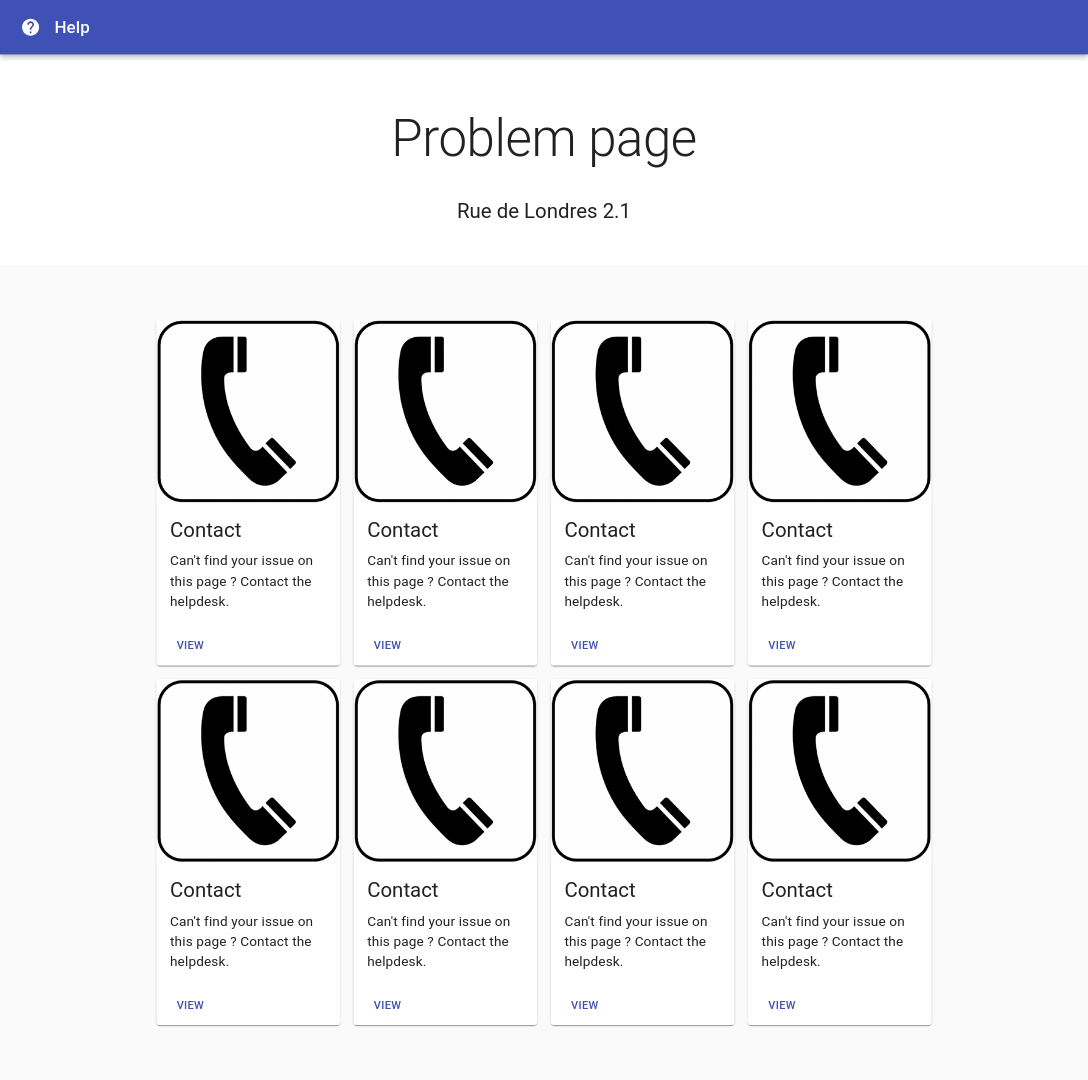
Repository: sapbrussels/intelligenthighway_webapp
Page: /Problempage (app in router/)
These files come from the project's save history. The page is drawn as it stood at one moment and after the next save; the edit follows.
The browser window is 1280 px wide. The pictures show the whole page, at 85% of full size.
The project was rebuilt for these pictures with package versions that can differ from the ones it lists, and the page was loaded fresh each time. Also part of the build but not shown: router/src/App.css, router/src/Login.js, router/src/Title.js, router/src/Maps.js, router/src/Jobspage.js, router/src/Direction.js, router/src/Maintenance.js, router/src/Help.js.

Above is the page before, as saved 2020-03-31 13:54:01.

### router/src/App.js
import React from 'react';
import {BrowserRouter, Route, Switch} from "react-router-dom";
import './App.css';
import Login from './Login';
import Jobspage from'./Jobspage';
import Maintenance from './Maintenance';
import Help from './Help';
import Problempage from './Problempage';

function App() {
  return (
    <BrowserRouter>
    <Switch>
     <Route path='/' exact component={Login}/>
     <Route path='/Jobspage' exact component={Jobspage}/>
     <Route path='/Maintenance' exact component={Maintenance}/>
     <Route path='/Help' exact component={Help}/>
     <Route path='/Problempage' exact component={Problempage}/>
     </Switch>
    </BrowserRouter>

  );
}

export default App;

### router/src/Problempage.js
import React from 'react';
import AppBar from '@material-ui/core/AppBar';
import Button from '@material-ui/core/Button';
import HelpIcon from '@material-ui/icons/Help';
import Card from '@material-ui/core/Card';
import { Link } from "react-router-dom";
import CardActions from '@material-ui/core/CardActions';
import CardContent from '@material-ui/core/CardContent';
import CardMedia from '@material-ui/core/CardMedia';
import CssBaseline from '@material-ui/core/CssBaseline';
import Grid from '@material-ui/core/Grid';
import Toolbar from '@material-ui/core/Toolbar';
import Typography from '@material-ui/core/Typography';
import { makeStyles } from '@material-ui/core/styles';
import Container from '@material-ui/core/Container';



const useStyles = makeStyles((theme) => ({
  icon: {
    marginRight: theme.spacing(2),
  },
  heroContent: {
    backgroundColor: theme.palette.background.paper,
    padding: theme.spacing(8, 0, 6),
  },
  heroButtons: {
    marginTop: theme.spacing(4),
  },
  cardGrid: {
    paddingTop: theme.spacing(8),
    paddingBottom: theme.spacing(8),
  },
  card: {
    height: '100%',
    display: 'flex',
    flexDirection: 'column',

  },
  cardMedia: {
    paddingTop: '100%', // 16:9
  },
  cardContent: {
    flexGrow: 1,
  },
  footer: {
    backgroundColor: theme.palette.background.paper,
    padding: theme.spacing(6),
  },
}));



export default function Album() {
  const classes = useStyles();

  return (
    <React.Fragment>
      <CssBaseline />
      <AppBar position="relative">
        <Toolbar>
          <HelpIcon className={classes.icon} />
          <Typography variant="h6" color="inherit" noWrap>
            Help
          </Typography>
        </Toolbar>
      </AppBar>
      <main>
        {/* Hero unit */}
        <div className={classes.heroContent}>
          <Container maxWidth="sm">
            <Typography component="h1" variant="h2" align="center" color="textPrimary" gutterBottom>
              Problem page
            </Typography>
            <div className={classes.heroButtons}>
              <Grid container spacing={2} justify="center">
                <Grid item>
                <Typography variant="h5">
                 Rue de Londres 2.1
                </Typography>
                </Grid>
              </Grid>
            </div>
          </Container>
        </div>
        <Container className={classes.cardGrid} maxWidth="md">
          {/* End hero unit */}
            <Grid container spacing={2}>
            <Grid item xs={4}sm={3} >
                <Card className={classes.card}>
                  <CardMedia
                    className={classes.cardMedia}
                    image="contact.png"
                    title="Image title"
                  />
                  <CardContent className={classes.cardContent}>
                    <Typography gutterBottom variant="h5" component="h2">
                      Contact
                    </Typography>
                    <Typography>
                      Can't find your issue on this page ? Contact the helpdesk.
                    </Typography>
                  </CardContent>
                  <CardActions>
                    <Button size="small" color="primary">
                      View
                    </Button>
                  </CardActions>
                </Card>
              </Grid>
              <Grid item xs={4}sm={3} >
                <Card className={classes.card}>
                  <CardMedia
                    className={classes.cardMedia}
                    image="contact.png"
                    title="Image title"
                  />
                  <CardContent className={classes.cardContent}>
                    <Typography gutterBottom variant="h5" component="h2">
                      Contact
                    </Typography>
                    <Typography>
                      Can't find your issue on this page ? Contact the helpdesk.
                    </Typography>
                  </CardContent>
                  <CardActions>
                    <Button size="small" color="primary">
                      View
                    </Button>
                  </CardActions>
                </Card>
              </Grid>
              <Grid item xs={4}sm={3} >
                <Card className={classes.card}>
                  <CardMedia
                    className={classes.cardMedia}
                    image="contact.png"
                    title="Image title"
                  />
                  <CardContent className={classes.cardContent}>
                    <Typography gutterBottom variant="h5" component="h2">
                      Contact
                    </Typography>
                    <Typography>
                      Can't find your issue on this page ? Contact the helpdesk.
                    </Typography>
                  </CardContent>
                  <CardActions>
                    <Button size="small" color="primary">
                      View
                    </Button>
                  </CardActions>
                </Card>
              </Grid>
              <Grid item xs={4}sm={3} >
                <Card className={classes.card}>
                  <CardMedia
                    className={classes.cardMedia}
                    image="contact.png"
                    title="Image title"
                  />
                  <CardContent className={classes.cardContent}>
                    <Typography gutterBottom variant="h5" component="h2">
                      Contact
                    </Typography>
                    <Typography>
                      Can't find your issue on this page ? Contact the helpdesk.
                    </Typography>
                  </CardContent>
                  <CardActions>
                    <Button size="small" color="primary">
                      View
                    </Button>
                  </CardActions>
                </Card>
              </Grid>
              <Grid item xs={4}sm={3} >
                <Card className={classes.card}>
                  <CardMedia
                    className={classes.cardMedia}
                    image="contact.png"
                    title="Image title"
                  />
                  <CardContent className={classes.cardContent}>
                    <Typography gutterBottom variant="h5" component="h2">
                      Contact
                    </Typography>
                    <Typography>
                      Can't find your issue on this page ? Contact the helpdesk.
                    </Typography>
                  </CardContent>
                  <CardActions>
                    <Button size="small" color="primary">
                      View
                    </Button>
                  </CardActions>
                </Card>
              </Grid>

              <Grid item xs={4}sm={3} >
                <Card className={classes.card}>
                  <CardMedia
                    className={classes.cardMedia}
                    image="contact.png"
                    title="Image title"
                  />
                  <CardContent className={classes.cardContent}>
                    <Typography gutterBottom variant="h5" component="h2">
                      Contact
                    </Typography>
                    <Typography>
                      Can't find your issue on this page ? Contact the helpdesk.
                    </Typography>
                  </CardContent>
                  <CardActions>
                    <Button size="small" color="primary">
                      View
                    </Button>
                  </CardActions>
                </Card>
              </Grid>
              <Grid item xs={4}sm={3} >
                <Card className={classes.card}>
                  <CardMedia
                    className={classes.cardMedia}
                    image="contact.png"
                    title="Image title"
                  />
                  <CardContent className={classes.cardContent}>
                    <Typography gutterBottom variant="h5" component="h2">
                      Contact
                    </Typography>
                    <Typography>
                      Can't find your issue on this page ? Contact the helpdesk.
                    </Typography>
                  </CardContent>
                  <CardActions>
                    <Button size="small" color="primary">
                      View
                    </Button>
                  </CardActions>
                </Card>
              </Grid>
              <Grid item xs={4}sm={3} >
                <Card className={classes.card}>
                  <CardMedia
                    className={classes.cardMedia}
                    image="contact.png"
                    title="Image title"
                  />
                  <CardContent className={classes.cardContent}>
                    <Typography gutterBottom variant="h5" component="h2">
                      Contact
                    </Typography>
                    <Typography>
                      Can't find your issue on this page ? Contact the helpdesk.
                    </Typography>
                  </CardContent>
                  <CardActions>
                    <Button size="small" color="primary">
                      View
                    </Button>
                  </CardActions>
                </Card>
              </Grid>
            </Grid>
          </Container>
      </main>
    </React.Fragment>
  );
}

### router/src/listItems.js
import React from 'react';
import ListItem from '@material-ui/core/ListItem';
import ListItemIcon from '@material-ui/core/ListItemIcon';
import ListItemText from '@material-ui/core/ListItemText';
import DashboardIcon from '@material-ui/icons/Dashboard';
import ShoppingCartIcon from '@material-ui/icons/ShoppingCart';
import PeopleIcon from '@material-ui/icons/People';
import { Link } from "react-router-dom";

export const mainListItems = (
  <div>
        <ListItem >
          <ListItemIcon>
            <DashboardIcon />
          </ListItemIcon>
          <ListItemText  primary="jobs page" />
        </ListItem>
      <Link to='/Maintenance'>
          <ListItem button>
          <ListItemIcon>
            <ShoppingCartIcon />
          </ListItemIcon>
          <ListItemText primary="History" />
        </ListItem></Link>
      <Link to='/Help'>
          <ListItem button>
          <ListItemIcon>
            <PeopleIcon />
          </ListItemIcon>
          <ListItemText primary="help" />
        </ListItem></Link>
  </div>
);

### router/src/LightStatus.js
import React from 'react';
import Link from '@material-ui/core/Link';
import { makeStyles } from '@material-ui/core/styles';
import Table from '@material-ui/core/Table';
import TableBody from '@material-ui/core/TableBody';
import TableCell from '@material-ui/core/TableCell';
import TableHead from '@material-ui/core/TableHead';
import TableRow from '@material-ui/core/TableRow';
import Rectangle from 'react-rectangle';
import Title from './Title';



// Generate Order Data
function createData(id, street_light, status,light) {
  return { street_light, status, light};
}

const rows = [
  createData(0, 'Boulevard Avroy 1.9', 'ON', <Rectangle aspectRatio={[3,3]}>
  <div style={{ background: '#008000',  width: '40%', height: '40%' }} />
</Rectangle>),
  createData(1, 'Rue de Londres 2.1', 'OFF',<Rectangle aspectRatio={[3,3]}>
  <div style={{ background: '#FFFFFF', width: '40%', height: '40%' }} />
</Rectangle>),
  createData(2, 'Rue de Londres 2.3', 'X',<Rectangle aspectRatio={[3,3]}>
  <div style={{ background: '#FF0000', width: '40%', height: '40%' }} />
</Rectangle>),
];

function preventDefault(event) {
  event.preventDefault();
}

const useStyles = makeStyles((theme) => ({
  seeMore: {
    marginTop: theme.spacing(3),
    padding: '20px',
    borderRadius:'10px',
  },
}));

export default function LightStatus() {
  const classes = useStyles();
  return (
    <React.Fragment>
      <Title>Light status</Title>
      <Table size="small">
        <TableHead>
          <TableRow>
            <TableCell>street light</TableCell>
            <TableCell>status</TableCell>
            <TableCell></TableCell>
          </TableRow>
        </TableHead>
        <TableBody>
          {rows.map((row) => (
            <TableRow key={row.id}>
              <TableCell>{row.street_light}</TableCell>
              <TableCell> {row.status}</TableCell>
              <TableCell> {row.light}</TableCell>
            </TableRow>
          ))}
        </TableBody>
      </Table>
      <div className={classes.seeMore}>
        <Link color="primary" href="#" onClick={preventDefault}>
          See more lights
        </Link>
      </div>
    </React.Fragment>
  );
}

### router/src/Jobslist.js
import React from 'react';
import {Link} from 'react-router-dom';
import { makeStyles } from '@material-ui/core/styles';
import Table from '@material-ui/core/Table';
import TableBody from '@material-ui/core/TableBody';
import TableCell from '@material-ui/core/TableCell';
import TableHead from '@material-ui/core/TableHead';
import TableRow from '@material-ui/core/TableRow';
import Title from './Title';

// Generate Order Data
function createData(id, location, job, accept, info) {
  return { id, location, job, accept, info };
}

const rows = [
    createData(0, 'Boulevard Avroy 1.9', 'Maintenance',<Link to="/Maintenance"><button>Accept</button></Link>),
    createData(1, 'Rue de Londres 2.1', 'Fix issue',<button>Accept</button>, <Link to="/Problempage"><button>find more info</button></Link>),
];

function preventDefault(event) {
  event.preventDefault();
}

const useStyles = makeStyles((theme) => ({
  seeMore: {
    marginTop: theme.spacing(3),
    padding: '20px',
    borderRadius:'10px',
  },
}));

    export default function Jobslist() {
    const classes = useStyles();
    return (
        <React.Fragment>
        <Title>jobs available</Title>
        <Table size="small">
            <TableHead>
            <TableRow>
                <TableCell>location</TableCell>
                <TableCell>job</TableCell>
                <TableCell>Accept the job</TableCell>
                <TableCell>More info</TableCell>
            </TableRow>
            </TableHead>
            <TableBody>
            {rows.map((row) => (
                <TableRow key={row.id}>
                <TableCell>{row.location}</TableCell>
                <TableCell>{row.job}</TableCell>
                <TableCell>{row.accept}</TableCell>
                <TableCell>{row.info}</TableCell>
                </TableRow>
            ))}
            </TableBody>
        </Table>
        <div className={classes.seeMore}>
            <Link color="primary" href="#" onClick={preventDefault}>
            See more orders
            </Link>
        </div>
        </React.Fragment>
    );
}

### router/src/Checklist.js
import React from 'react';
import Link from '@material-ui/core/Link';
import { makeStyles } from '@material-ui/core/styles';
import Table from '@material-ui/core/Table';
import TableBody from '@material-ui/core/TableBody';
import TableCell from '@material-ui/core/TableCell';
import TableHead from '@material-ui/core/TableHead';
import TableRow from '@material-ui/core/TableRow';
import Title from './Title';
import { Checkbox } from '@material-ui/core';

// Generate Order Data
function createData(id, check, tasks) {
  return { id, check, tasks };
}

const rows = [
  createData(0, <Checkbox></Checkbox>,'Turn all switches OFF & ON to stop dust build up'),
  createData(1, <Checkbox></Checkbox>,'turn all circuit-breakers OFF and reset'),
  createData(2, <Checkbox></Checkbox>,'Check for high resistance joints'),
  createData(3, <Checkbox></Checkbox>,'clean PE cell faces then cover to test functionnality'),
  createData(4, <Checkbox></Checkbox>,'check MEN and earthing'),
  createData(0, <Checkbox></Checkbox>,'Luminaire cleaning and inspection'),
  createData(1, <Checkbox></Checkbox>,'Inspect for any sign of vermin damage in the cabinet'),
  createData(2, <Checkbox></Checkbox>,'Remove grafitit on cabinet'),
  createData(3, <Checkbox></Checkbox>,'Trim all trees that interfere with solar-panels and light output of lulinaires'),
  createData(4, <Checkbox></Checkbox>,'Check all support structures for their integreties'),
  createData(3, <Checkbox></Checkbox>,'Installation, maintenance and replacement of post indentification label'),
  createData(4, <Checkbox></Checkbox>,'Installation, maintenace and replacement of supply point indentification labels'),
];


const useStyles = makeStyles((theme) => ({
  seeMore: {
    marginTop: theme.spacing(3),

  },
}));

export default function Orders() {
  const classes = useStyles();
  return (
    <React.Fragment>
      <Title>Maintenance checklist</Title>
      <Table size="small">
        <TableHead>
          <TableRow>
            <TableCell></TableCell>
            <TableCell>tasks</TableCell>

          </TableRow>
        </TableHead>
        <TableBody>
          {rows.map((row) => (
            <TableRow key={row.id}>
              <TableCell>{row.check}</TableCell>
              <TableCell>{row.tasks}</TableCell>
            </TableRow>
          ))}
        </TableBody>
      </Table>
      <div className={classes.seeMore}>
        <Link><button>Finished</button></Link>
      </div>
    </React.Fragment>
  );
}

Loaded but not shown: router/public/index.html (common file); router/src/index.js (common file); router/src/index.css (common file); router/src/serviceWorker.js (common file)

After the next save:
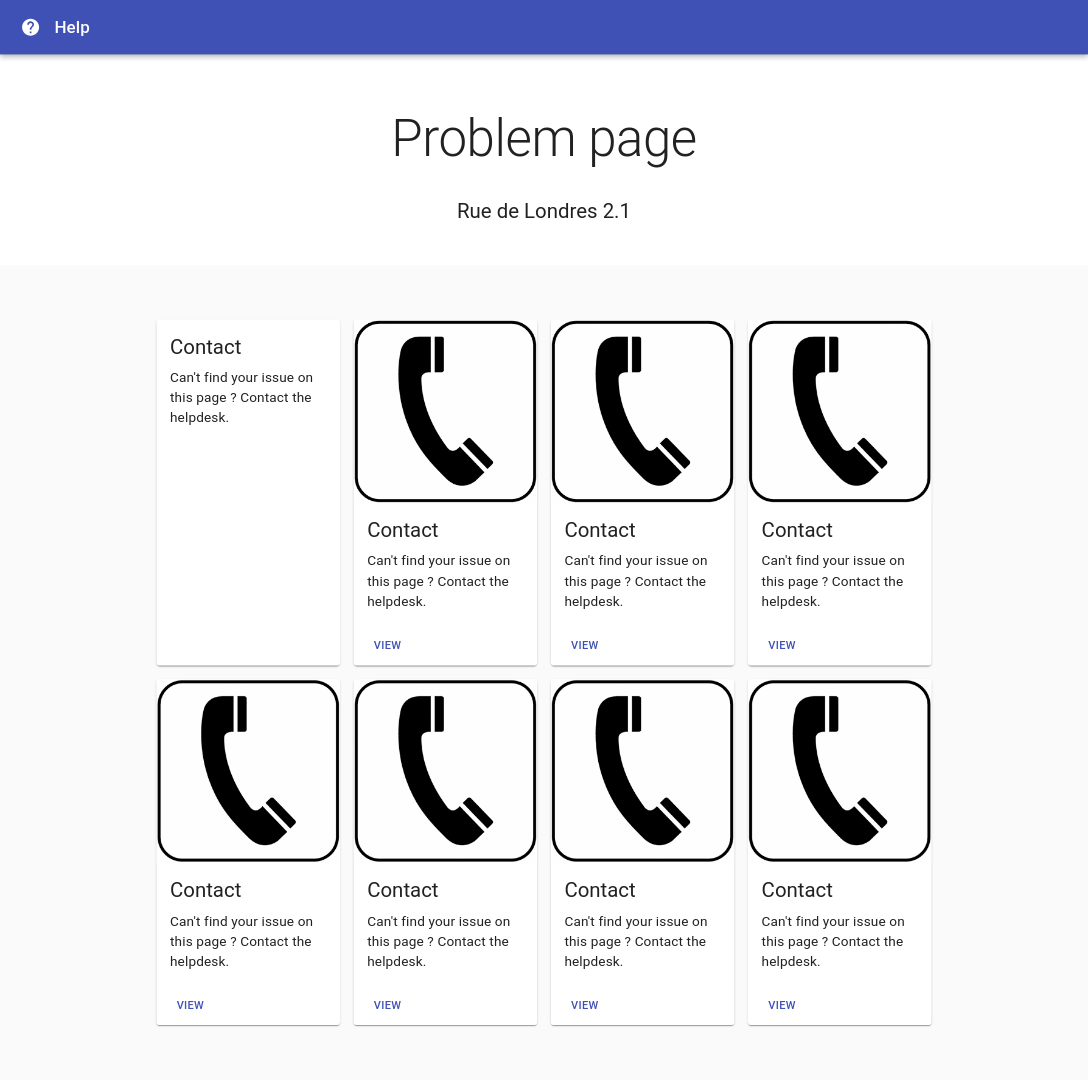
Saved 73 s later.
--- a/router/src/Problempage.js
+++ b/router/src/Problempage.js
@@ -88,24 +88,15 @@ export default function Album() {
             <Grid container spacing={2}>
             <Grid item xs={4}sm={3} >
                 <Card className={classes.card}>
-                  <CardMedia
-                    className={classes.cardMedia}
-                    image="contact.png"
-                    title="Image title"
-                  />
-                  <CardContent className={classes.cardContent}>
-                    <Typography gutterBottom variant="h5" component="h2">
-                      Contact
-                    </Typography>
-                    <Typography>
-                      Can't find your issue on this page ? Contact the helpdesk.
-                    </Typography>
-                  </CardContent>
-                  <CardActions>
-                    <Button size="small" color="primary">
-                      View
-                    </Button>
-                  </CardActions>
+
+                  <CardContent className={classes.cardContent}>
+                    <Typography gutterBottom variant="h5" component="h2">
+                      Contact
+                    </Typography>
+                    <Typography>
+                      Can't find your issue on this page ? Contact the helpdesk.
+                    </Typography>
+                  </CardContent>
                 </Card>
               </Grid>
               <Grid item xs={4}sm={3} >
